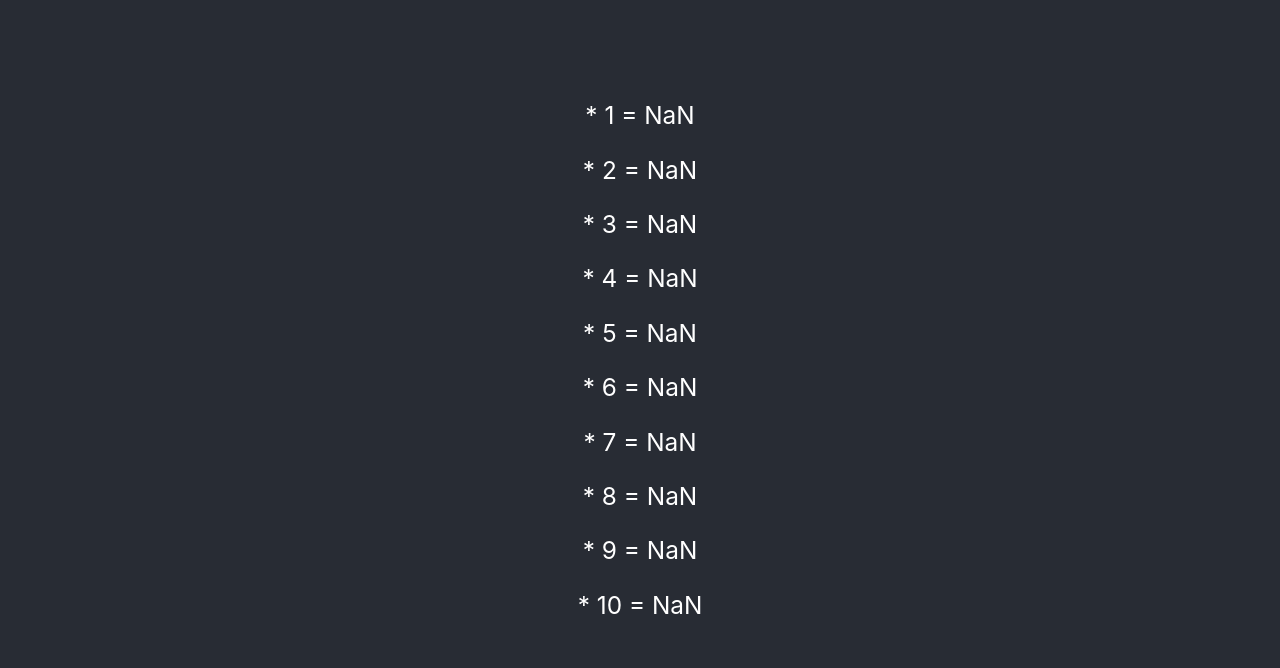
Repository: atulbihari94/react-learning
Page: / (app in my-app/my-app/)
These files come from the project's save history. The page is drawn as it stood at one moment and after the next save; the edit follows.
The browser window is 1280 px wide. The pictures show the whole page.
The project was rebuilt for these pictures with package versions that can differ from the ones it lists, and the page was loaded fresh each time.

Above is the page before, as saved 2019-09-20 13:41:16.

### my-app/my-app/src/App.js
import React from 'react';
import './App.css';
import PrintTable from './Print-table'

function App() {
  return (
    <div className="App">
      <header className="App-header">
      <PrintTable/>
      </header>
    </div>
  );
}

export default App;

### my-app/my-app/src/Print-table.js
import React from 'react';
const helloWorld = (props) => {
    const fromOneToTen = [1,2,3,4,5,6,7,8,9,10].map( element => {
        return <p>{props.table} * {element} = {props.table * element}</p>
    });
    return <div>{props.title } {props.table} {fromOneToTen} </div>
}

export default helloWorld ;

Loaded but not shown: my-app/my-app/public/index.html (common file); my-app/my-app/src/index.js (common file); my-app/my-app/src/index.css (common file); my-app/my-app/src/serviceWorker.js (common file); my-app/my-app/src/App.css (common file)

After the next save:
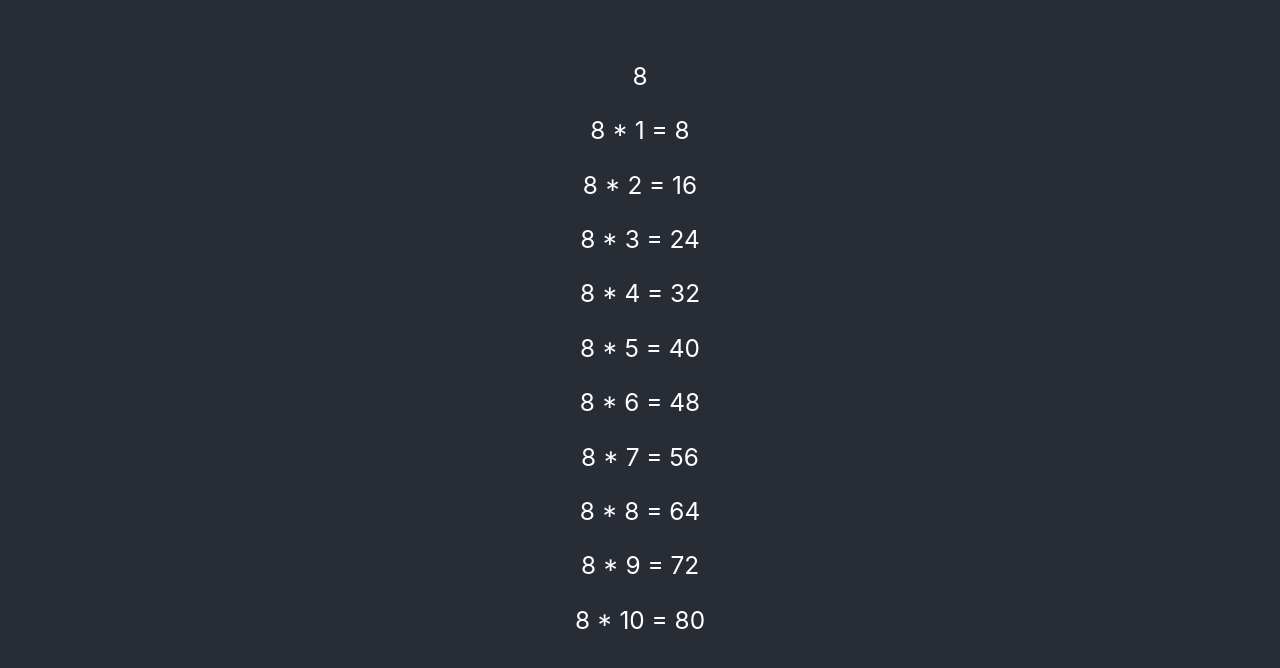
Saved 4 min 31 s later.
--- a/my-app/my-app/src/App.js
+++ b/my-app/my-app/src/App.js
@@ -6,7 +6,7 @@ function App() {
   return (
     <div className="App">
       <header className="App-header">
-      <PrintTable/>
+      <PrintTable table = {8} length = {10}/>
       </header>
     </div>
   );
